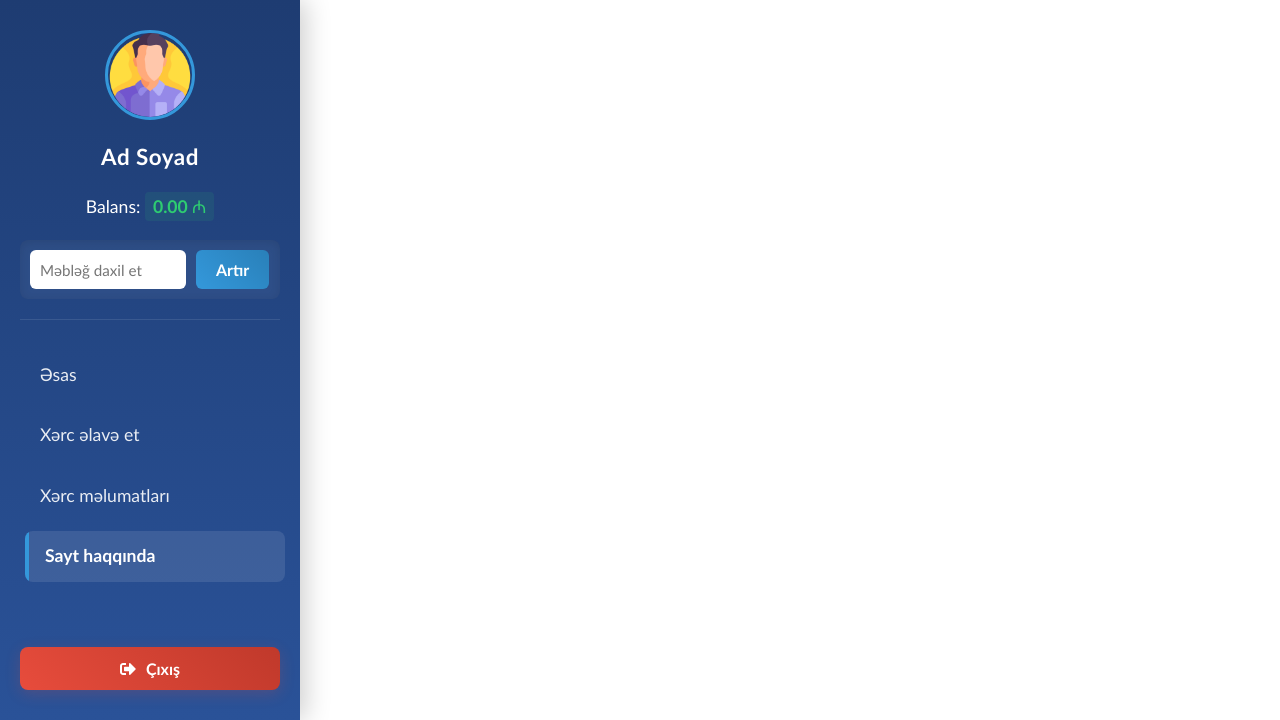
Repository: ferhadsultan98/financialmanagement
Page: /about
The author's editor kept a copy of each file at every save. The page is drawn from the files as they stood at one save, then again after a run of saves.
The browser window is 1280 px wide. The pictures show the whole page.
The project was rebuilt for these pictures with package versions that can differ from the ones it lists, and the page was loaded fresh each time. Also part of the build but not shown: vite.config.js, src/Components/Sidebar/ProfileModal.jsx, src/Pages/Home/Home.jsx, src/Pages/AddExpense/AddExpense.jsx, src/Pages/ExpenseDetails/ExpenseDetails.jsx, src/Components/Login/Login.scss, src/Components/Login/Login.jsx.

Above is the page before, as saved 2025-03-23 23:56:11.

After the next 2 saves:
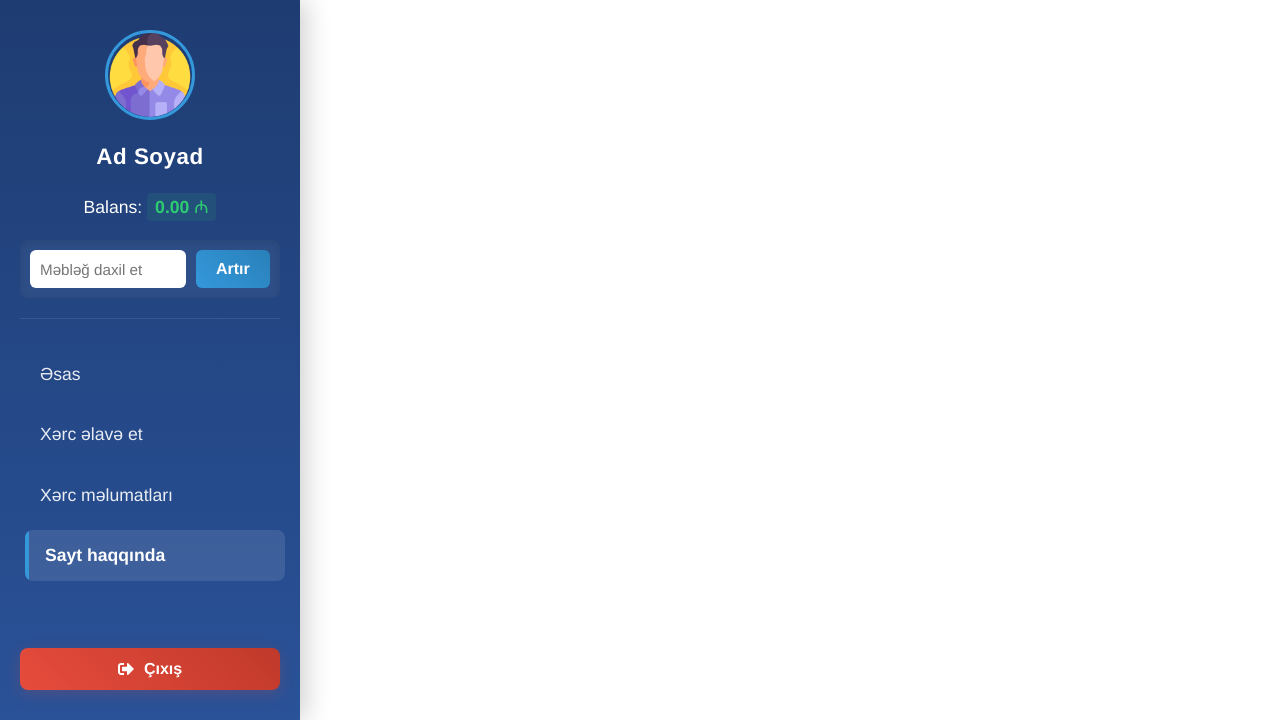
The 2 saves are shown as one change because they came seconds apart.
The last was saved 17 s later.
--- a/src/App.scss
+++ b/src/App.scss
@@ -2,5 +2,5 @@
     margin: 0;
     padding: 0;
     box-sizing: border-box;
-    font-family: 'Gill Sans', 'Gill Sans MT', Calibri, 'Trebuchet MS', sans-serif;
+    font-family: 'Franklin Gothic Medium', 'Arial Narrow', Arial, sans-serif;
 }
